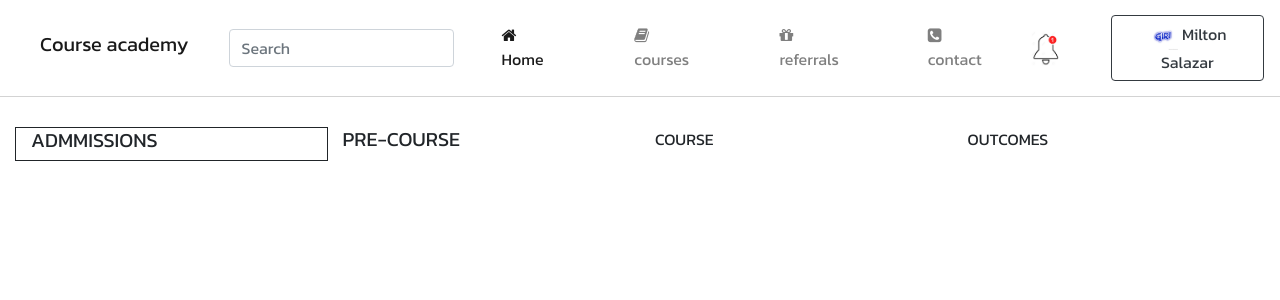
Repository: giribabu1997/html-layout
Page: task.html
The author's editor kept a copy of each file at every save. The page is drawn from the files as they stood at one save, then again after a run of saves.
The browser window is 1280 px wide. The pictures show the whole page.

Above is the page before, as saved 2019-06-24 09:11:11.

After the next 2 saves:
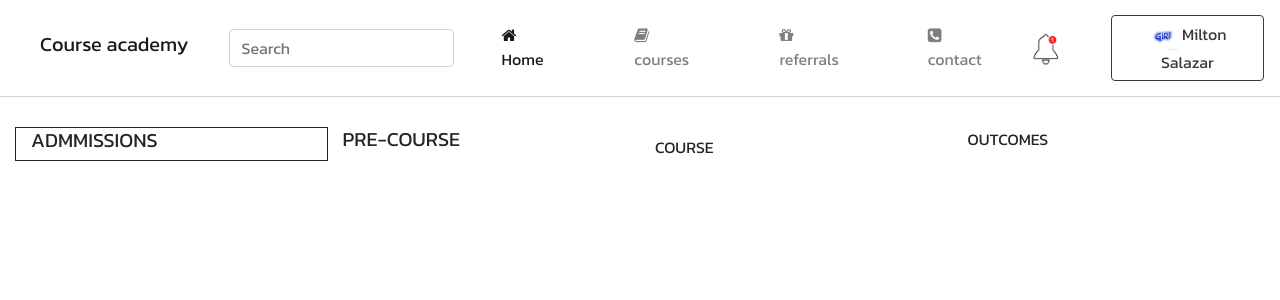
The 2 saves are shown as one change because they came seconds apart.
The last was saved 8 s later.
--- a/task.html
+++ b/task.html
@@ -78,7 +78,7 @@
                <h5> PRE-COURSE</h5>
             </div>
             <div class="col-sm-3">
-                COURSE
+                <h5></h5>COURSE
             </div>
             <div class="col-sm-3">
                 OUTCOMES
